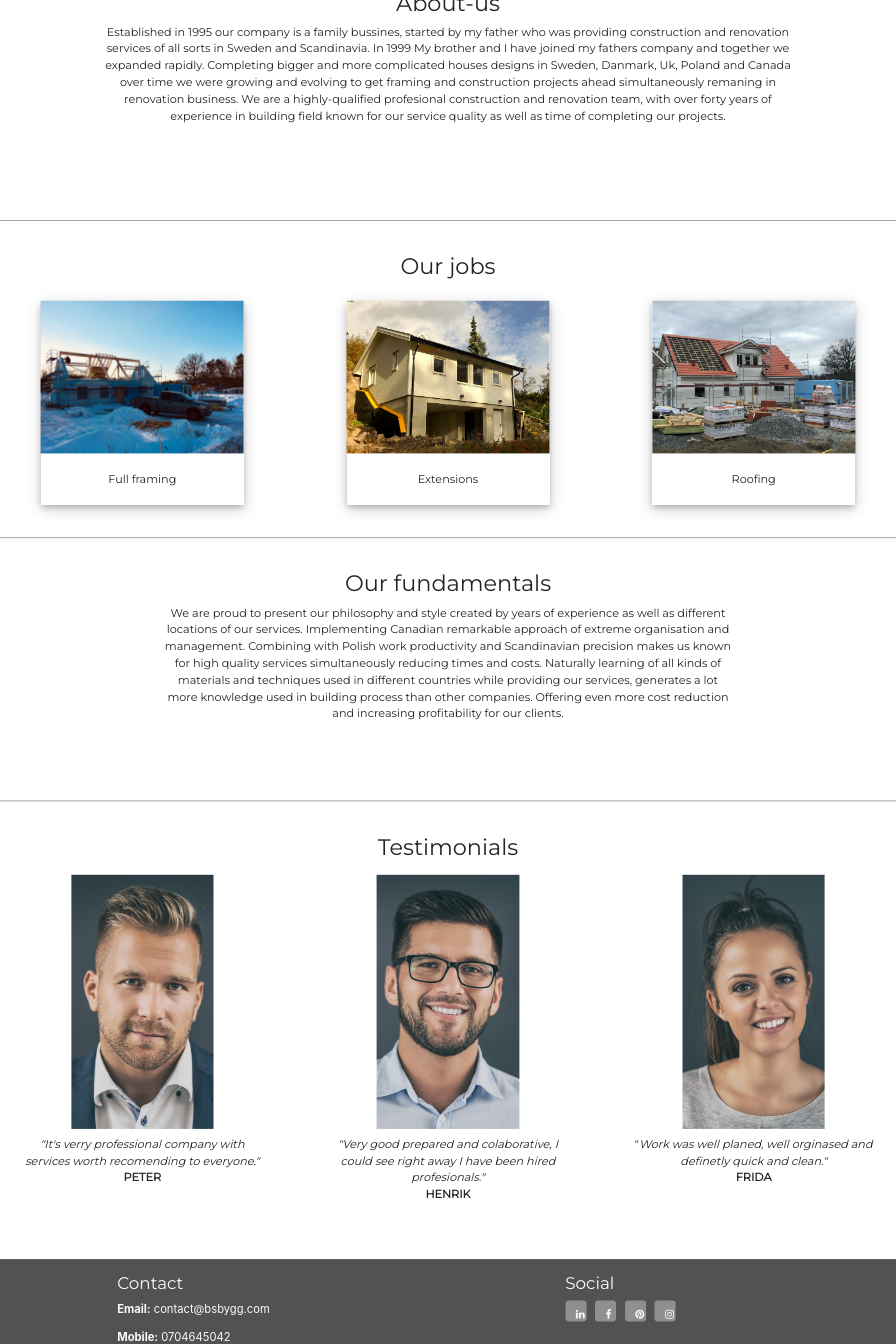
Repository: Bartie1982/milestone-project-1
Page: index.html
The author's editor kept a record of every edit. The page is drawn from the files as they stood at one moment, then again after the next edit.
The browser window is 1280 px wide. The pictures show the part of the page from y = 764 to 2684 px (the page is 2806 px tall), at 70% of full size.
Some web libraries are served in a nearby version.

Above is the page before.

### index.html
<!DOCTYPE html>
<html lang="en">

<head>
    <meta charset="UTF-8">
    <meta name="viewport" content="width=device-width, initial-scale=1.0">
    <meta http-equiv="X-UA-Compatible" content="ie=edge">
    <link rel="stylesheet" href="https://stackpath.bootstrapcdn.com/bootstrap/4.3.1/css/bootstrap.min.css" type="text/css" />
    <link rel="stylesheet" href="https://stackpath.bootstrapcdn.com/font-awesome/4.7.0/css/font-awesome.min.css" type="text/css" />
    <link rel="stylesheet" href="assets/css/style.css" type="text/css" />
    <title>BsBygg</title>
</head>

<body>
    <header>
        <div class="container-fluid h-50 d-inline-block">
            <div class="row">
                   <div class="mt-2 float-sm-left col-lg-2 col-md-3 col-sm-4 col-4">
                        <a href="index.html">
                        <img class="img logo" src="./assets/images/logo1.png" alt="Bs.bygg">
                        </a>
                    </div>
                    <div class="mt-2 col-lg-10 col-md-9 col-sm-8 col-8">
                            <nav class="mt-0 navbar navbar-expand-lg navbar-dark navbar-custom">
                            <a class="navbar-brand float-sm-left" href="index.html">Bs bygg</a>
                             <button class="navbar-toggler" type="button" data-toggle="collapse" data-target="#navbarNav" aria-controls="navbarNav" aria-expanded="false" aria-label="Toggle navigation">
                                    <span class="navbar-toggler-icon"></span>
                            </button>
                                <div class="navbar-brand collapse navbar-collapse" id="navbarNav">
                                    <ul class="navbar-nav">
                                        <li class="nav-item">
                                            <a class="navbar-brand" href="#about-us">About us</a>
                                        </li>
                                        <li class="nav-item">
                                            <a class="navbar-brand" href="#our-jobs">Our jobs</a>
                                        </li>
                                        <li class="nav-item">
                                            <a class="navbar-brand" href="#our-fundamentals">Our fundamentals</a>
                                        </li>
                                        <li class="nav-item">
                                            <a class="navbar-brand" href="#testimonials">Testimonials</a>
                                        </li>
                                        <li class="nav-item">
                                            <a class="navbar-brand" href="#contact">Contact</a>
                                        </li>
                                    </ul>
                                </div>

                        </nav>
                    </div>
        </div>
            </div>
            <div class="container-fluid h-50 d-inline-block">
                <div class="h-75 d-inline-block d-flex justify-content-center quote">
                        <p class="align-self-end ">Profesionals simply by working different!</p>
                </div>
            </div>
    </header>

    <section>
        <div class="d-flex justify-content-center" id="about-us">
            <div class="col-md-10 about-us">
                <h2>About-us</h2>

                <p class="col-md-12 text-space">Established in 1995 our company is a family bussines,
                started by my father who was providing construction and renovation services of all sorts in Sweden and Scandinavia.
                In 1999 My brother and I have joined my fathers company and together we expanded rapidly.
                Completing bigger and more complicated houses designs in Sweden, Danmark, Uk, Poland and Canada over time  we were growing and evolving to get framing and construction projects ahead simultaneously remaning in renovation business.
                We are a highly-qualified profesional construction and renovation team, with over forty years of experience in building field known for our service quality as well as time of completing our projects.
                </p>

            </div>
        </div>

        <div class="row">
            <div class="col-md-12 h-line4">
                <hr>
            </div>
        </div>

    </section>
    <section>
        <div class="row" id="our-jobs">
            <div class="col-md-12 Our-jobs">
                <h2>Our jobs</h2>
                    <div class="row d-flex justify-content-around">
                        <div class="col-sm-12 col-md-12 col-lg-4">
                            <div class="polaroid">
                        <img src="./assets/images/balsta-light.jpg" alt="Full framing" style="width:100%">
                             <div class="container p">
                             <p>Full framing</p>
                             </div>
                       </div>
                        </div>
                        <div class="col-sm-12 col-md-12 col-lg-4">
                            <div class="polaroid">
                        <img src="./assets/images/akersberga-ed.jpg" alt="Extensions" style="width:100%">
                             <div class="container p">
                             <p>Extensions</p>
                             </div>
                       </div>
                        </div>
                        <div class="col-sm-12 col-md-12 col-lg-4">
                            <div class="polaroid">
                        <img src="./assets/images/tak-arbetet-ed.jpg" alt="Roofing" style="width:100%">
                             <div class="container p">
                             <p>Roofing</p>
                         </div>
                        </div>
                    </div>
                </div>
            </div>
        </div>
    </section>
    <section>
        <div class="row">
            <div class="col-md-12 h-line3">
                <hr>
            </div>
        </div>
        <div class="row d-flex justify-content-center" id="our-fundamentals">
            <div class="col-md-8 our-fundamentals">
                <h2>Our fundamentals</h2>

                <p class="col-md-12 text-space">We are proud to present our philosophy and style created by years of experience as well as different locations of our services.
                Implementing  Canadian remarkable approach of extreme organisation and management.
                Combining with Polish work productivity and Scandinavian precision makes us known for high quality services simultaneously reducing times and costs.
                Naturally learning of all kinds of materials and techniques used in different countries while providing our services, generates a lot more knowledge used in building process than other companies. Offering even more
                cost reduction and increasing profitability for our clients.
                </p>
            </div>
        </div>

        <div class="row">
            <div class="col-md-12 h-line4">
                <hr>
            </div>
        </div>
    </section>
    <section>
        <div class="row" id="testimonials">
            <div class="col-md-12 Testimonials">
                <h2>Testimonials</h2>
                    <div class="row people d-flex justify-content-around">
                        <div class="col-sm-12 col-md-4 person">
                            <img class="img-fluid" src="./assets/images/Face 6.jpg" alt="Peter">
                            <p class="text-space"><i>"It's verry professional company with services worth recomending to everyone."</i><br><b>PETER</b></p>
                        </div>
                        <div class="col-sm-12 col-md-4 person">
                            <img class="img-fluid" src="./assets/images/Face 4.jpg" alt="Henrik">
                            <p class="text-space"><i>"Very good prepared and colaborative, I could see right away I have been hired profesionals."</i><br><b>HENRIK</b></p>
                        </div>
                        <div class="col-sm-12 col-md-4 person">
                            <img class="img-fluid" src="./assets/images/Face 7.jpg" alt="Frida">
                            <p class="text-space">"<i>Work was well planed, well orginased and definetly quick and clean."</i><br><b>FRIDA</b></p>
                        </div>
                    </div>
            </div>
                <div class="row">
                    <div class="col-md-12 h-line4">
                        <hr>
                    </div>
                </div>
    </section>
    <footer class="container-fluid" id="contact">
        <div class="row">
                <div class="col-lg-6 col-md-6 col-sm-12 mx-auto">
                    <h4 class="general-sub w-50 mx-auto">Contact</h4>

                        <div class="w-50 mx-auto">
                            <div>
                            <p><b>Email:</b> contact@bsbygg.com</p>
                            </div>
                            <div>
                            <p><b>Mobile:</b> 0704645042 </p>
                            </div>
                            <div>
                            <p><b>Adress:</b> Petersbergsvagen 5 <br>185 34 Vaxholm</p>
                        </div>
                </div>
        </div>
            <div class="col-lg-6 col-md-6 col-sm-12 social mx-auto">
                <h4 class="general-sub w-50 mx-auto">Social</h4>
                <ul class="list-inline social-links w-50 mx-auto">
                <li class="list-inline-item">
                    <a target="_blank" href="https://www.linkedin.com/">
                        <i class="fa fa-linkedin" aria-hidden="true"></i>
                        <span class="sr-only">Linkedin</span>
                    </a>
                </li>

                <li class="list-inline-item">
                    <a target="_blank" href="https://www.facebook.com/">
                        <i class="fa fa-facebook" aria-hidden="true"></i>
                        <span class="sr-only">Facebook</span>
                    </a>

                </li>
                <li class="list-inline-item">
                    <a target="_blank" href="https://www.pinterest.com/">
                        <i class="fa fa-pinterest" aria-hidden="true"></i>
                        <span class="sr-only">Pinterest</span>
                    </a>
                </li>
                <li class="list-inline-item">
                    <a target="_blank" href="https://www.instagram.com/">
                        <i class="fa fa-instagram" aria-hidden="true"></i>
                        <span class="sr-only">Instagram</span>
                    </a>
                </li>

                </ul>
            </div>
        </div>
        <div class="d-flex justify-content-center">
            <p class="">All rights reserved  Bartosz Szkaradzinski 2020</p>
        </div>
    </footer>
    <script src="https://code.jquery.com/jquery-3.2.1.slim.min.js" integrity="sha384-KJ3o2DKtIkvYIK3UENzmM7KCkRr/rE9/Qpg6aAZGJwFDMVNA/GpGFF93hXpG5KkN" crossorigin="anonymous"></script>
<script src="https://cdnjs.cloudflare.com/ajax/libs/popper.js/1.12.9/umd/popper.min.js" integrity="sha384-ApNbgh9B+Y1QKtv3Rn7W3mgPxhU9K/ScQsAP7hUibX39j7fakFPskvXusvfa0b4Q" crossorigin="anonymous"></script>
<script src="https://maxcdn.bootstrapcdn.com/bootstrap/4.0.0/js/bootstrap.min.js" integrity="sha384-JZR6Spejh4U02d8jOt6vLEHfe/JQGiRRSQQxSfFWpi1MquVdAyjUar5+76PVCmYl" crossorigin="anonymous"></script>
</body>

</html>

### assets/css/style.css
@import url('https://fonts.googleapis.com/css?family=Montserrat&display=swap:100,200,300,400,500,600,700|Exo:100,200,300,400,500,600,700');


/*----------------------------------------------Colours*/
.bg-color-name-title {
      color: #000234;
}



/*----------------------------------------------Heading*/

html, body {
    width: 100vw;
    overflow-x: hidden;
    overflow-y: auto;
}

header {
    height: 100vh;
    margin: 0;
    background: url("../images/Villa1.jpg");
    background-repeat: no-repeat;
    background-size: cover;


}

.logo {
    background-repeat: no-repeat;
    background-size: 30px;
    min-height: 20px;
    height: 50px;
    margin-top: inherit;
    margin-left: 20px;
    margin-right: 2px;
    padding-left: 0px;
    padding-right:0px;

}


.navbar {
    margin-right: auto;
    margin-left: auto;
    margin-top: 25px;

}

.navbar-dark {
    font-size: 22px;
    font-weight: 400;
}

.custom-toggler.navbar-toggler {
    border-color: #ADD8E6;
}

.navbar-custom .navbar-brand,
.navbar-custom .navbar-text {
    color: #F0F8FF;
}

.quote {
    color: #F0FFF0;
    font-family: "Exo", Montserrat;
    font-weight: 100;
    font-size: 30px;
    text-align: center;


}


/*----------------------------------------------About us*/

.about-us {

    font-family: "Exo", Montserrat;
    margin-top: 30px;
    text-align: center;
    min-height: 300px;

}

/*----------------------------------------------Our fundamentals*/



.our-fundamentals {
    font-family: "Exo", Montserrat;
    margin-top: 30px;
    text-align: center;
    min-height: 300px;
}




/*----------------------------------------------Our jobs*/

.polaroid {
  width: 290px;
  box-shadow: 0 4px 8px 0 rgba(0, 0, 0, 0.2), 0 6px 20px 0 rgba(0, 0, 0, 0.19);
  text-align: center;
  margin: 30px auto 30px auto;

}

.Our-jobs {
    font-family: "Exo", Montserrat;
    margin-top: 30px;
    text-align: center;
    min-height: 300px;

}


/*----------------------------------------------Testimonials*/

.container p {
  padding: 25px;
}
.people {
    margin-top:20px;
    margin-bottom: 40px;
}
.person {

    height: inherit;
    margin-bottom: 30px;
}
.person img {
    width: 50%;
    margin-left: auto;
    margin-right: auto;
}
.person p {
    padding-left: 30px;
    padding-right: 30px;
}


.name {
    font-family: "Exo", Montserrat;
    background-position: center;
    margin-top: 50px;
    font-weight: 100;
    min-height: 100px;
    font-size: 46px;
    color: #fff;

}

.Testimonials {
    font-family: "Exo", Montserrat;
    margin-top: 30px;
    text-align: center;
    min-height: 300px;

}

/*----------------------------------------------Spacers/lines/margins/paddings/text */

h1,
h2,
h3,
h4 {
       margin: 0;
}

hr {
    background-color: grey;
    height: 1px;
    border: 0; }

.h-line3 {
    margin-top: 0;

}

.h-line4 {
    margin-top: 1%;
}

.text-space {
    margin-top: 10px;
    margin-bottom: 10px;
}

.general-sub {
    margin-top: 20px;
    margin-bottom: 10px;
    color: #fafafa;
    font-family: "Exo", Montserrat;
    font-weight: 300;

}

.inline-block {
    display: inline-block;

}

/*----------------------------------------------Footer*/

footer {
    background-color: #525252;
    color: #fafafa;
    min-height: 240px;
}

.contact {
    margin-left: auto;
    margin-right: auto;

}

.quote-pdf i {
    font-size: 20px;
    color: #fafafa;
    text-align: center;
    padding-left: 8px;
    transition: all 0.45s ease-in;
    -moz-transition: all 0.45s ease-in;
    -webkit-transition: all 0.45s ease-in;
    -o-transition: all 0.45s ease-in;
}

.quote-pdf i:hover {
    color: #40A8AF;

}
.social {
     margin-right: auto;
     margin-left: auto;
}

.social-links li a i {
    width: 30px;
    height:30px;
    padding: 15px;
    border-radius: 15%;
    font-size: 15px;
    line-height: 10px;
    text-align: center;
    color: #fafafa;
    background: #8f8f8f;
    transition: all 0.35s ease-in;
    -moz-transition: all 0.35s ease-in;
    -webkit-transition: all 0.35s ease-in;
    -o-transition: all 0.35s ease-in;
}

.social-links li a i:hover {
    background: #40A8AF;
}

After the next edit:
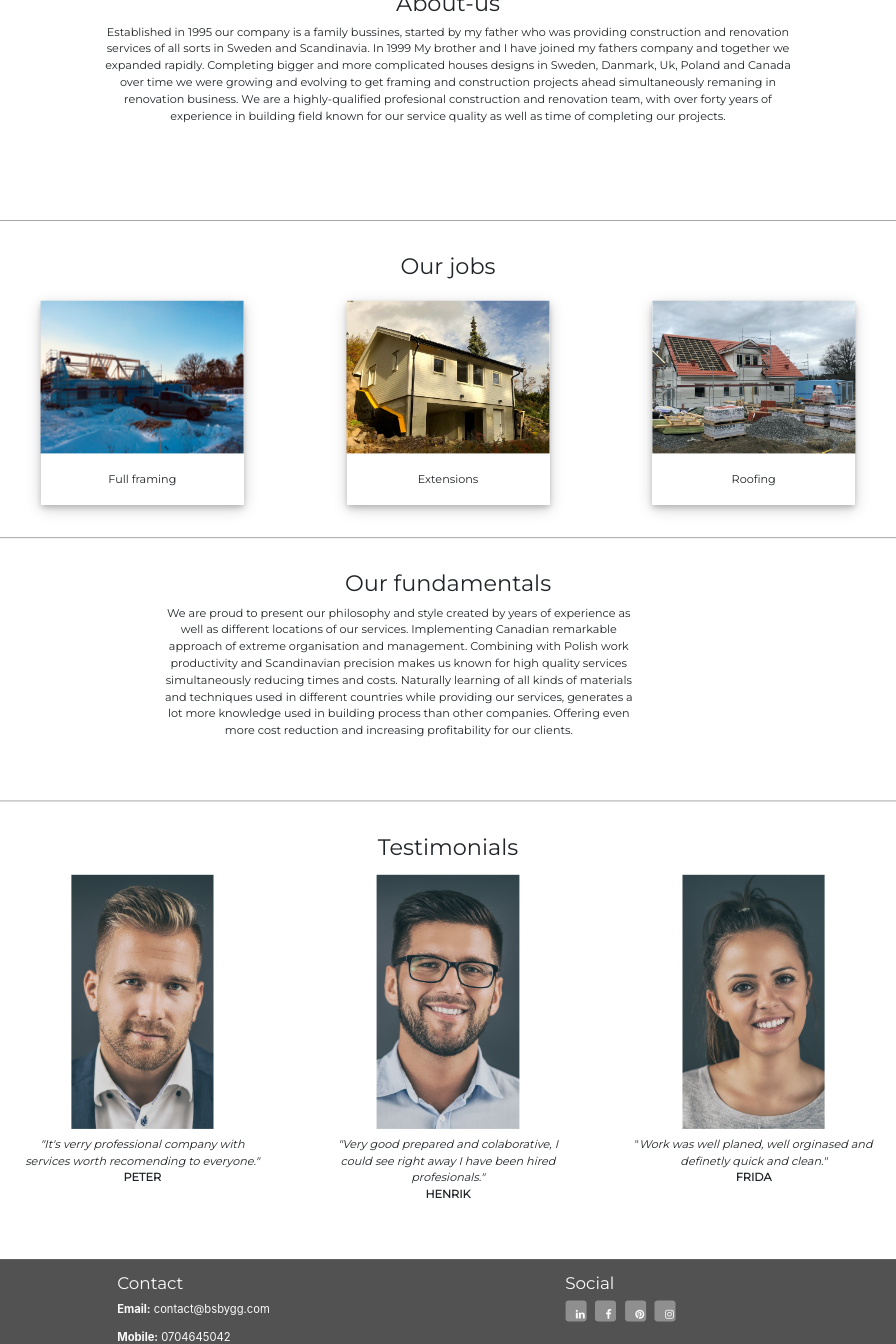
The edit:
--- a/index.html
+++ b/index.html
@@ -122,7 +122,7 @@
             <div class="col-md-8 our-fundamentals">
                 <h2>Our fundamentals</h2>
 
-                <p class="col-md-12 text-space">We are proud to present our philosophy and style created by years of experience as well as different locations of our services.
+                <p class="col-md-10 text-space">We are proud to present our philosophy and style created by years of experience as well as different locations of our services.
                 Implementing  Canadian remarkable approach of extreme organisation and management.
                 Combining with Polish work productivity and Scandinavian precision makes us known for high quality services simultaneously reducing times and costs.
                 Naturally learning of all kinds of materials and techniques used in different countries while providing our services, generates a lot more knowledge used in building process than other companies. Offering even more
